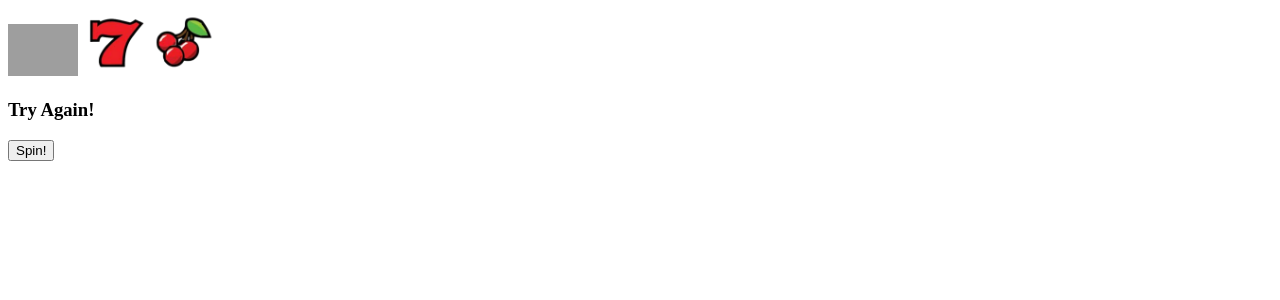
Repository: TheRealCisco/f2017CST336
Page: http://localhost/777/index.php
The author's editor kept a record of every edit. The page is drawn from the files as they stood at one moment, then again after the next edit.
The browser window is 1280 px wide. The pictures show the whole page.
Pictures or frames that could not be fetched are drawn as grey boxes. The page is run by PHP 8.4 with error messages shown; the project is at /var/www/html/.

Above is the page before.

### 777/index.php

<?php
include 'inc/functions.php';

?>
<!DOCTYPE html>
<html>
    <head>
        <title> 777 Slot Machine </title>
    </head>
    <body>
       <?php
       play();
       ?>
        <form>
            <input type="submit" value="Spin!"/>
        </form>
    </body>
</html>

### 777/inc/functions.php
 <?php


        function displaySymbol($randomValue,$pos){
        switch($randomValue){
            case 0:$symbol="seven";
            break;
            case 1:$symbol="cherry";
            break;
            case 2:$symbol="lemon";
            break;
            case 3:$symbol="bar;";

        }
         echo"<img id ='reel$pos' src='img/$symbol.png' alt ='$symbol' title='".ucfirst($symbol)."' width='70'>";

    }
            function displayPoints($randomValue1,$randomValue2,$randomValue3){
             echo"<div id='output'>";
             if($randomValue1==$randomValue2 && $randomValue2==$randomValue3){
                 switch($randomValue1){
                     case 0:$totalPoints=1000;
                     echo "<h1>Jackpot!</h1>";
                     break;
                     case 1:$totalPoints=500;
                     break;
                     case 2:$totalPoints=250;
                     break;
                     case 3:$totalPoints=900;
                 }
                 echo "<h2>You Won $totalPoints points!</h2>";
             }else{
                 echo "<h3>Try Again! </h3>";
             }
             echo "</div>";
         }
         function play(){
             for($i=1;$i<4;$i++){
                 ${"randomValue" . $i}=rand(0,3);
                 displaySymbol(${"randomValue" . $i},$i);
             }
             displayPoints($randomValue1,$randomValue2,$randomValue3);
         }
        ?>

After the next edit:
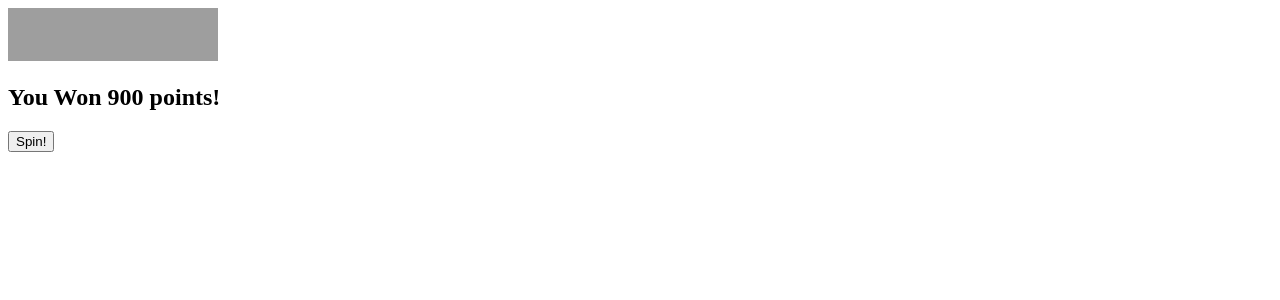
The edit:
--- a/777/inc/functions.php
+++ b/777/inc/functions.php
@@ -36,7 +36,7 @@
          }
          function play(){
              for($i=1;$i<4;$i++){
-                 ${"randomValue" . $i}=rand(0,3);
+                 ${"randomValue" . $i}=rand(3,3);
                  displaySymbol(${"randomValue" . $i},$i);
              }
              displayPoints($randomValue1,$randomValue2,$randomValue3);
